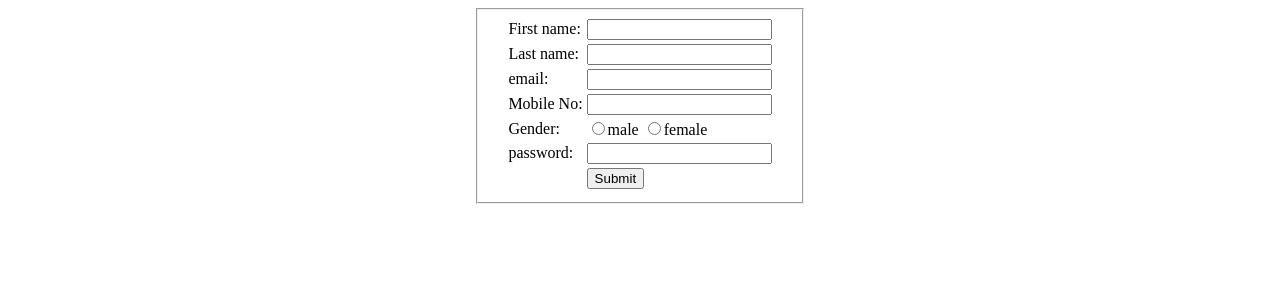
Repository: Hanish2/Springboot
Page: http://localhost/digi-page/pages/userRegister.jsp
An editor plug-in stored every save of this project. The page is shown before and after the next save, followed by the edit.
The browser window is 1280 px wide. The pictures show the whole page.
The page is served by Tomcat 9. Other server files are loaded and not shown.

Above is the page before, as saved 2022-10-19 09:55:11.

### socialmediapage/digi-page/src/main/webapp/pages/userRegister.jsp
<%@ page language="java" contentType="text/html; charset=ISO-8859-1"
    pageEncoding="ISO-8859-1"%>
<!DOCTYPE html>
<html>
<head>
<meta charset="ISO-8859-1">
<title>Register</title>
<script>
function check_pass() {
    if (document.getElementById('password').value ==
            document.getElementById('conf-password').value) {
        document.getElementById('submit').disabled = false;
    } else {
        document.getElementById('submit').disabled = true;
    }
}
</script>
</head>
<body>
<center>
<fieldset style="width:300px;">
<table>

<form action="register" method="post">
 <tr>
  <td>First name:</td>
  <td>  <input type="text" id="fname" name="firstname"></td>
 </tr>
 <tr>
 <td> Last name:</td>
 <td> <input type="text" id="lname" name="lastname"></td>
 </tr>
  <tr>
  <td>email:</td>
 <td> <input type="email" id="email" name="email"></td>
 </tr>
 <tr>
  <td>Mobile No:</td>
  <td> <input type="number" id="mobile" name="mobile"></td>
  </tr>
 <!-- <tr>
  <td>date of birth:</td>
  <td><input type="date" id="date" name="dateofbirth"></td>
  </tr> -->
  <tr>
  <td>Gender:</td>
  <td><input type="radio" id="checkbox" name="gender" value="male">male
  <input type="radio" id="checkbox" name="gender" value="female">female</td></tr>
  <tr>
  <td>password:</td>
  <td><input type="password" id="password" name="password" onchange="check_pass();"></td></tr>

  <tr>
  <td>&nbsp</td>
  <td><input type="submit" value="Submit"></td></tr>
</form>
</table>
</fieldset>
</center>
</body>
</html>

After the next save:
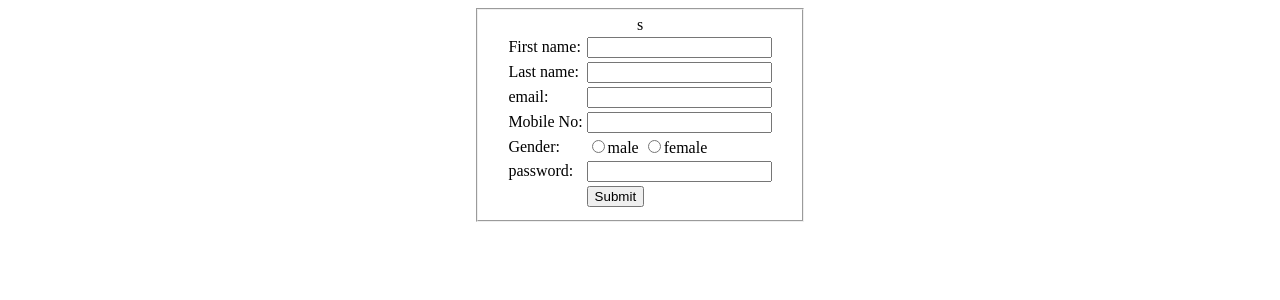
Saved 5 s later.
--- a/socialmediapage/digi-page/src/main/webapp/pages/userRegister.jsp
+++ b/socialmediapage/digi-page/src/main/webapp/pages/userRegister.jsp
@@ -42,7 +42,7 @@
   <td>date of birth:</td>
   <td><input type="date" id="date" name="dateofbirth"></td>
   </tr> -->
-  <tr>
+  <tr>s
   <td>Gender:</td>
   <td><input type="radio" id="checkbox" name="gender" value="male">male
   <input type="radio" id="checkbox" name="gender" value="female">female</td></tr>

After the save that followed:
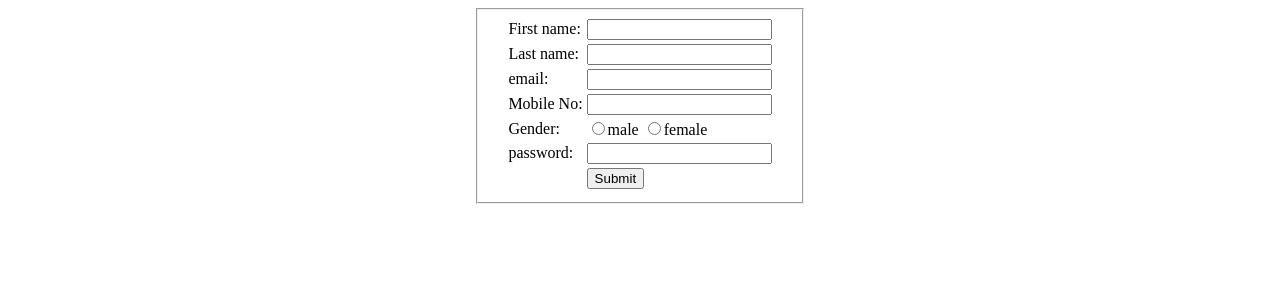
Saved 5 s later.
--- a/socialmediapage/digi-page/src/main/webapp/pages/userRegister.jsp
+++ b/socialmediapage/digi-page/src/main/webapp/pages/userRegister.jsp
@@ -42,7 +42,7 @@
   <td>date of birth:</td>
   <td><input type="date" id="date" name="dateofbirth"></td>
   </tr> -->
-  <tr>s
+  <tr>
   <td>Gender:</td>
   <td><input type="radio" id="checkbox" name="gender" value="male">male
   <input type="radio" id="checkbox" name="gender" value="female">female</td></tr>
